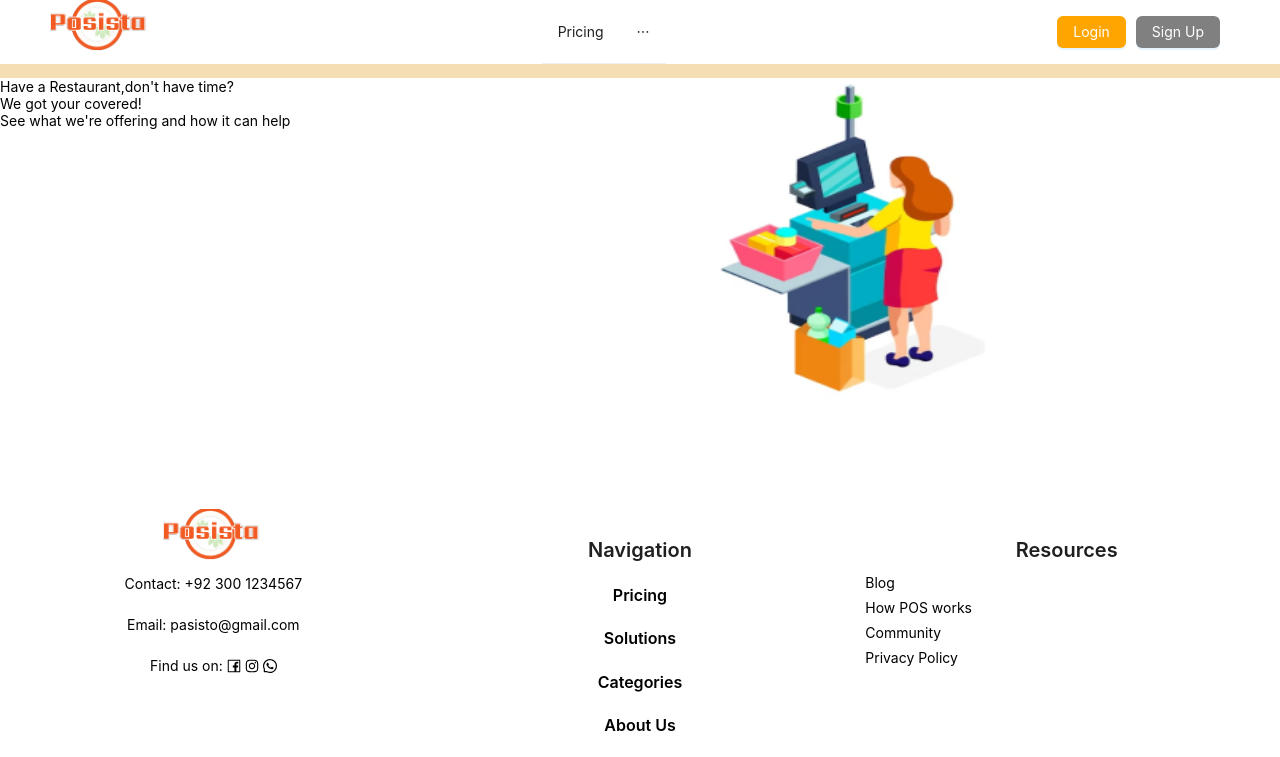
Repository: usmanarshad90/Posista
Page: / (app in test/)
The author's editor kept a copy of each file at every save. The page is drawn from the files as they stood at one save, then again after a run of saves.
The browser window is 1280 px wide. The pictures show the whole page.
The project was rebuilt for these pictures with package versions that can differ from the ones it lists, and the page was loaded fresh each time. Also part of the build but not shown: test/src/components/Pricing/Pricing.jsx, test/src/components/Solution/Solutions.jsx, test/src/components/About/AboutUs.jsx, test/src/components/login/login.jsx, test/src/components/signup/signup.jsx.

Above is the page before, as saved 2023-11-28 15:05:26.

### test/public/index.html
<!DOCTYPE html>
<html lang="en">
  <head>
    <meta charset="utf-8" />
    <link rel="icon" href="%PUBLIC_URL%/favicon.ico" />
    <meta name="viewport" content="width=device-width, initial-scale=1" />
    <meta name="theme-color" content="#000000" />
    <meta
      name="description"
      content="Web site created using create-react-app"
    />
    <link rel="apple-touch-icon" href="%PUBLIC_URL%/logo192.png" />

    <link rel="manifest" href="%PUBLIC_URL%/manifest.json" />

    <title>Posisto</title>
  </head>
  <body>
    <noscript>You need to enable JavaScript to run this app.</noscript>
    <div id="root"></div>



  </body>
</html>

### test/src/index.css
body {
  margin: 0;
  font-family: -apple-system, BlinkMacSystemFont, 'Segoe UI', 'Roboto', 'Oxygen',
    'Ubuntu', 'Cantarell', 'Fira Sans', 'Droid Sans', 'Helvetica Neue',
    sans-serif;
  -webkit-font-smoothing: antialiased;
  -moz-osx-font-smoothing: grayscale;
}

code {
  font-family: source-code-pro, Menlo, Monaco, Consolas, 'Courier New',
    monospace;
}
.background{
  background-image: url("./images/background.jpg")!important;

}



/* .container{
  max-width: 1000px;
  margin: auto;
  width: 100%;
  padding-inline: 1rem;
  padding-block:5rem;

} */

### test/src/App.js
import {BrowserRouter  as Router , Routes , Route} from 'react-router-dom'
import Home from './components/Home/Home';

import Pricing from './components/Pricing/Pricing';
import Solutions from './components/Solution/Solutions';
import AboutUs from './components/About/AboutUs';
import Login from './components/login/login';
import SignUp from './components/signup/signup';


function App() {
  return (
    <Router>
    {/* if i can do it like this all pages come on the header */}

      <Routes>

        {/* if i can do it like this header individually come on the each page*/}

        <Route path="/" element={< Home/>} />
        <Route path="/login" element={<Login/>}/>
        <Route path="/signup" element={<SignUp/>} />

        <Route path="/pricing" element={< Pricing/>} />
        <Route path="/solution" element={< Solutions/>} />
        <Route path="/about" element={<AboutUs/>} />

        </Routes>
        {/* for footer i can call here */}

        </Router>
  );
}

export default App;

### test/src/components/Home/Home.jsx
import React from 'react'
import PageHeader from '../PageHeader/PageHeader'
import HeroSection from '../HeroSection/HeroSection'
import PageFooter from '../Footer/Footer'

const Home = () => {
  return (
    <>
    <PageHeader/>
    <HeroSection/>



    <PageFooter/>

    </>
  )
}

export default Home

### test/src/components/PageHeader/PageHeader.jsx
import React from 'react'
import { Layout, Menu, Button, Row, Col } from 'antd';
import { Link } from 'react-router-dom';
import logoimage from '../../images/posistologo.png'
import {HomeOutlined, UserOutlined,SettingOutlined,} from '@ant-design/icons';

const { Header } = Layout;
const PageHeader = () => {
  return (
    <Row>
      <Col lg={24} xl={24} md={12} xs={4} >
    <Layout className="layout">
    <Header style={{ display: 'flex', justifyContent: 'space-between' ,backgroundColor: 'white' }}>
      <div className="logo" >

      <Link to={'/'}><img src={logoimage} alt="" width="100px"  /></Link>
        </div>
      <Menu  mode="horizontal" style={ {color:'black',backgroundColor: 'transparent'}} >
        <Link to={'/pricing'} ><Menu.Item key="1" >Pricing</Menu.Item></Link>


        <Link to={'/solution'} ><Menu.Item key="2" >Solutions</Menu.Item></Link>

        <Link to={'/about'} ><Menu.Item key="3" >About Us</Menu.Item></Link>
      </Menu>

      <div>

        <Link to="/login"><Button type="primary" style={{ marginRight: '10px', backgroundColor: 'orange' }}>Login</Button>
        </Link>
        <Link to="/signup"><Button type="primary" style={{ marginRight: '10px', backgroundColor: 'grey' }}>Sign Up</Button></Link>
      </div>




    </Header>
  </Layout>
  </Col>
  </Row>
  )
}

export default PageHeader;

### test/src/components/HeroSection/HeroSection.jsx
import React from 'react'
import { Row,Col,Image,Divider} from 'antd';

import image from '../../images/design.png'

const HeroSection = () => {




      const DemoBox = (props) => <p className={`height-${props.value}`}>{props.children}</p>;
  return (
    <>
    <Row  >
      <Col  lg={{ span:24, order: 1 }} md={24} xs={24} xl={24} xxl={24}  style={{background:'wheat'}}>
      <DemoBox value={'100%'}> </DemoBox>
        </Col>

    <Col lg={{ span: 12, order: 2 }} md={8} xs={4} xl={12}>

    <div   >

         Have a Restaurant,don't have time? <br />
         We got your covered! <br/>

         <div   >See what we're offering and how it can help <br />


         </div>
    </div>
    </Col>
    <Col lg={{ span: 12, order: 3 }}md={8} xs={4} xl={12}>
    <Image width={'70%'} preview={false} height={'90%'} src={image} alt="#" />

    </Col>
   </Row>
   </>
  )
}

export default HeroSection

### test/src/components/Footer/Footer.jsx
import React from 'react';
import { Layout, Menu, Row, Col, Typography } from 'antd';
import { Link } from 'react-router-dom';
import logoimage from '../../images/posistologo.png';
import { FacebookOutlined, InstagramOutlined, WhatsAppOutlined } from '@ant-design/icons';

const Footer = () => {
  const columnStyle = {
    padding: '12px',
    textAlign: 'center', // Center text within each column
    color: 'black',
  };

  const textStyle = {
    textAlign: 'left', // Align text to the left inside each column
  };

  return (
    <Row>
      <Col lg={{ span: 8, order: 1 }} md={6} xs={4} xl={8} xxl={8} style={columnStyle}>
        <div className="logo">
          <Link to={'/'}>
            <img src={logoimage} alt="" width="100px" />
          </Link>
        </div>
        <div style={columnStyle}>Contact: +92 300 1234567</div>
        <div style={columnStyle}>Email: pasisto@gmail.com</div>
        <div style={columnStyle}>
          Find us on: <FacebookOutlined />    <InstagramOutlined />    <WhatsAppOutlined />
        </div>
      </Col>

      <Col lg={{ span: 8, order: 1 }} md={6} xs={4} xl={8} xxl={8} style={columnStyle}>
        <Typography.Title level={4}>Navigation </Typography.Title>
        <Typography.Title level={5}>
          <Link to={'/pricing'} style={{ color: 'black' }}>
            Pricing
          </Link>{' '}
        </Typography.Title>
        <Typography.Title level={5}>
          <Link to={'/solution'} style={{ color: 'black' }}>
            Solutions
          </Link>
        </Typography.Title>
        <Typography.Title level={5}>
          <Link to={'/about'} style={{ color: 'black' }}>
            Categories
          </Link>
        </Typography.Title>
        <Typography.Title level={5}>
          <Link to={'/about'} style={{ color: 'black' }}>
            About Us
          </Link>
        </Typography.Title>
      </Col>

      <Col lg={{ span: 8, order: 1 }} md={6} xs={4} xl={8} xxl={8} style={columnStyle}>
        <Typography.Title level={4}>Resources</Typography.Title>
        <div style={{ ...textStyle, marginBottom: '8px' }}>Blog</div>
        <div style={{ ...textStyle, marginBottom: '8px' }}>How POS works</div>
        <div style={{ ...textStyle, marginBottom: '8px' }}>Community</div>
        <div style={textStyle}>Privacy Policy</div>
      </Col>
    </Row>
  );
};

export default Footer;

Loaded but not shown: test/src/index.js (common file)

After the next 10 saves:
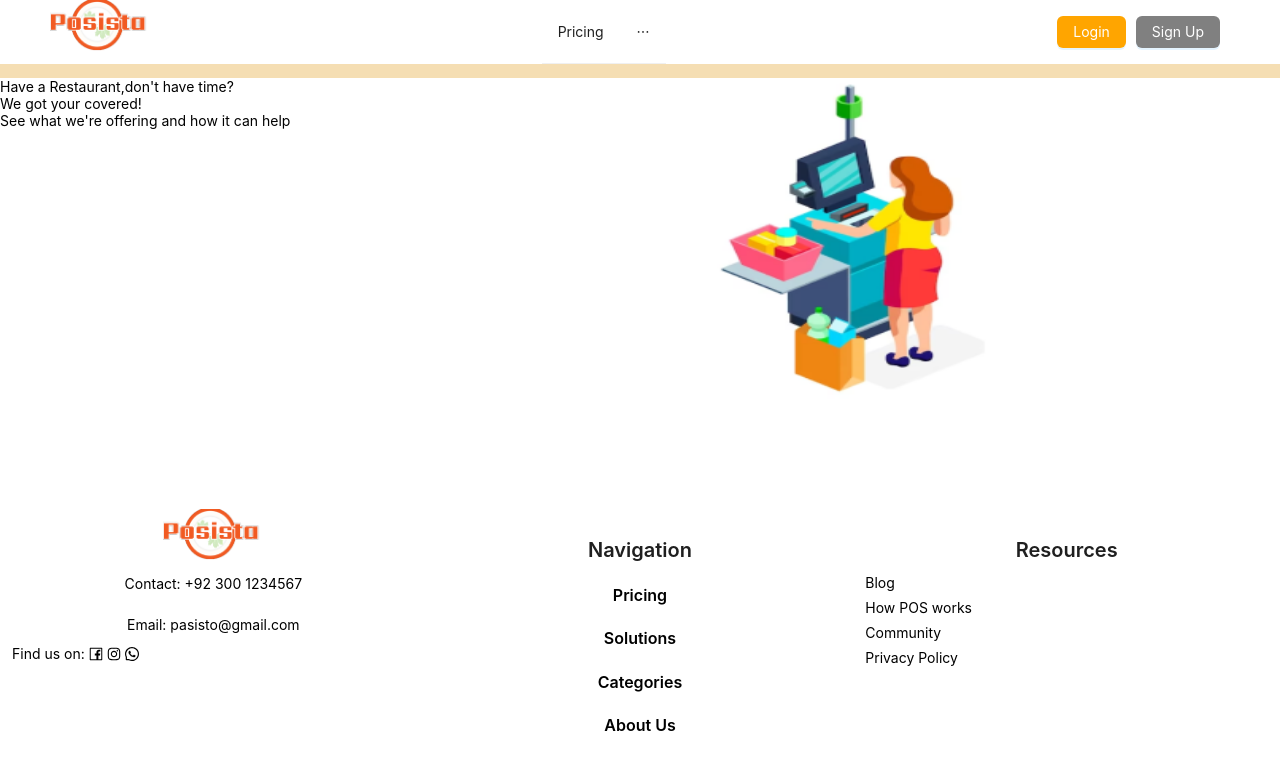
The 10 saves are shown as one change because 5 did not build or start and some came seconds apart.
The last was saved 4 min 49 s later.
--- a/test/src/components/Footer/Footer.jsx
+++ b/test/src/components/Footer/Footer.jsx
@@ -25,7 +25,7 @@
         </div>
         <div style={columnStyle}>Contact: +92 300 1234567</div>
         <div style={columnStyle}>Email: pasisto@gmail.com</div>
-        <div style={columnStyle}>
+        <div style={textStyle}>
           Find us on: <FacebookOutlined />    <InstagramOutlined />    <WhatsAppOutlined />
         </div>
       </Col>

After the 5 saves that followed:
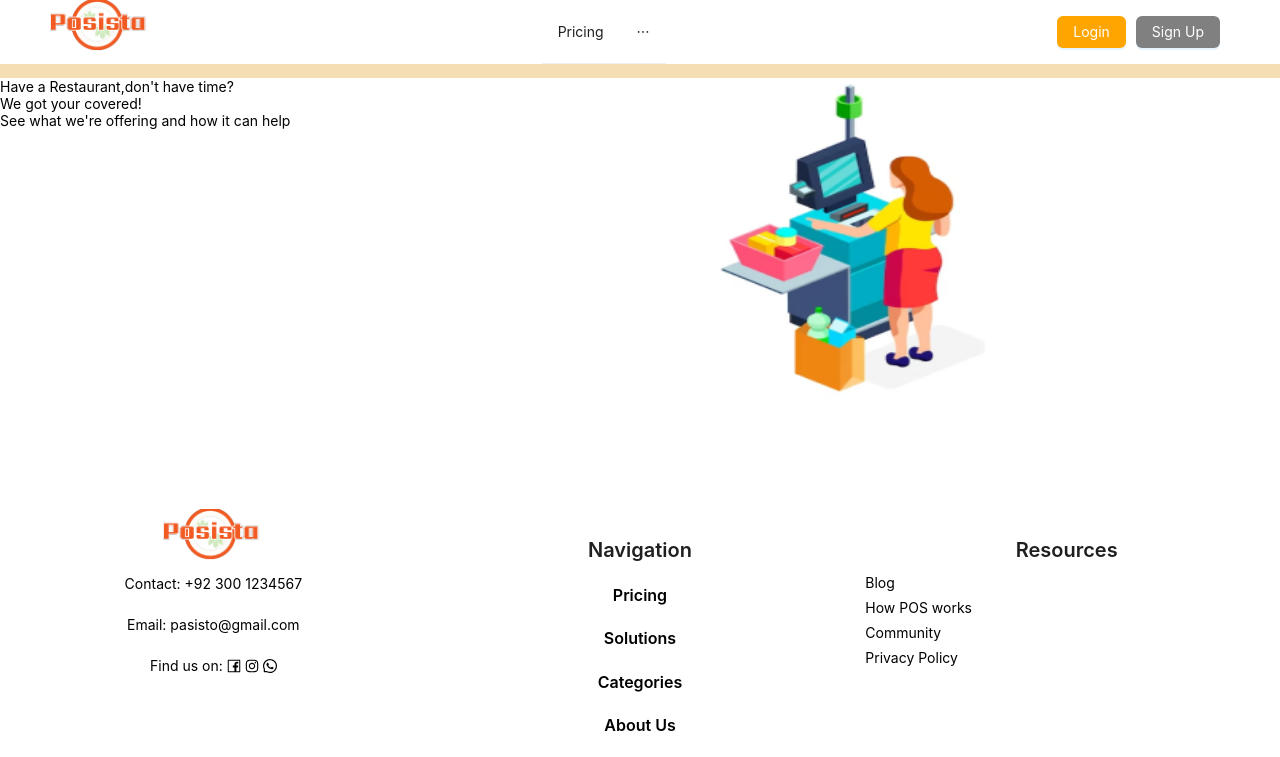
The 5 saves are shown as one change because 1 did not build or start and 1 left the picture as it was and some came seconds apart.
The last was saved 71 s later.
--- a/test/src/components/Footer/Footer.jsx
+++ b/test/src/components/Footer/Footer.jsx
@@ -22,10 +22,10 @@
           <Link to={'/'}>
             <img src={logoimage} alt="" width="100px" />
           </Link>
-        </div>
+        </div >
         <div style={columnStyle}>Contact: +92 300 1234567</div>
         <div style={columnStyle}>Email: pasisto@gmail.com</div>
-        <div style={textStyle}>
+        <div style={columnStyle}>
           Find us on: <FacebookOutlined />    <InstagramOutlined />    <WhatsAppOutlined />
         </div>
       </Col>
